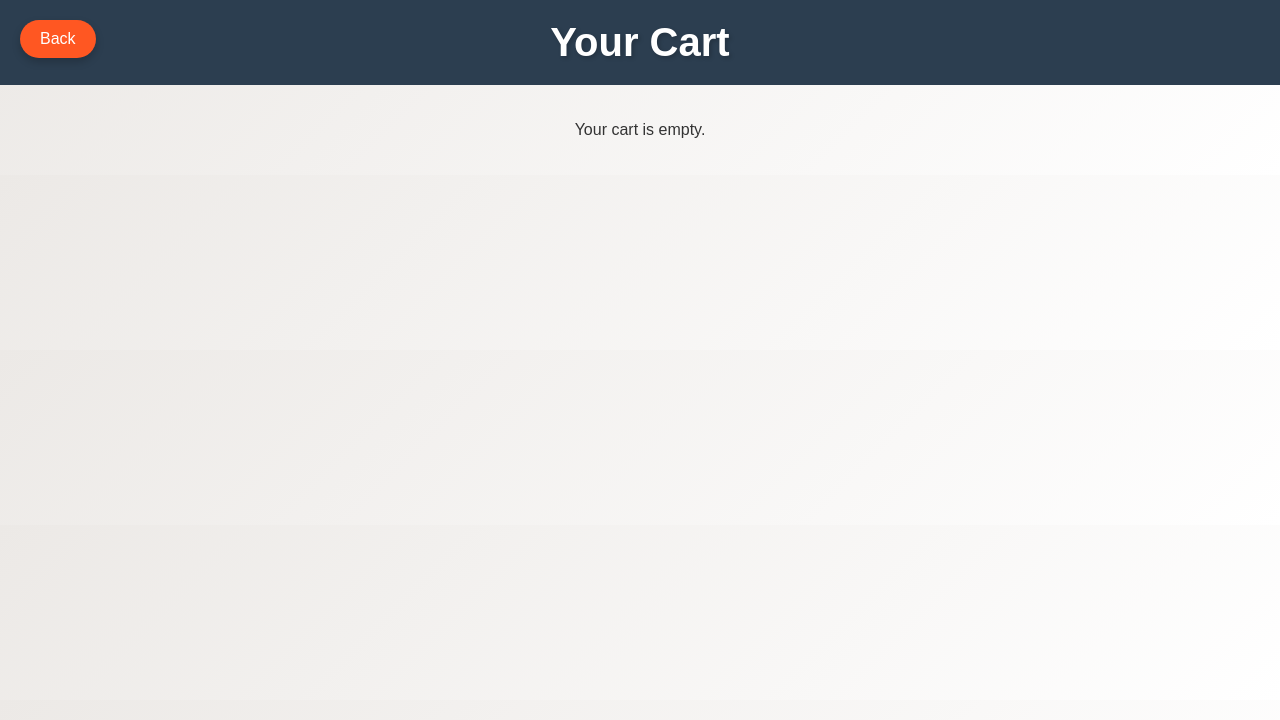
Repository: Masood395/Food-App
Page: http://localhost/FoodApp/cart.jsp
These files come from the project's save history. The page is drawn as it stood at one moment and after the next save; the edit follows.
The browser window is 1280 px wide. The pictures show the whole page.
The page is served by Tomcat 9. Other server files are loaded and not shown.

Above is the page before, as saved 2024-11-13 16:59:48.

### FoodApp/src/main/webapp/cart.jsp
<%@ page language="java" contentType="text/html; charset=UTF-8" pageEncoding="UTF-8"%>
<%@ page import="java.util.*" %>
<%@ page import="com.tap.cartitem.CartItem" %>

<!DOCTYPE html>
<html lang="en">
<head>
    <meta charset="UTF-8">
    <title>Your Cart</title>
    <link rel="stylesheet" href="https://cdnjs.cloudflare.com/ajax/libs/font-awesome/5.15.4/css/all.min.css">
    <style>
        /* General Styling */
        body {
            font-family: 'Arial', sans-serif;
            background: linear-gradient(135deg, #ece9e6, #ffffff);
            margin: 0;
            padding: 0;
            color: #333;
        }

        /* Header Styling */
        header {
            background: #2C3E50;
            color: white;
            padding: 20px;
            text-align: center;
        }

        header h1 {
            margin: 0;
            font-size: 2.5em;
            text-shadow: 2px 2px 4px rgba(0, 0, 0, 0.2);
        }

        /* Back Button Styling */
        .back-button {
            position: absolute;
            top: 20px;
            left: 20px;
            padding: 10px 20px;
            background: #FF5722;
            color: white;
            font-size: 1em;
            border: none;
            border-radius: 50px;
            cursor: pointer;
            transition: background 0.3s ease;
            box-shadow: 0 4px 8px rgba(0, 0, 0, 0.2);
        }

        .back-button:hover {
            background: #E64A19;
        }

        /* Container for Cart Items */
        .cart-container {
            display: flex;
            flex-direction: column;
            align-items: center;
            padding: 20px;
            max-width: 1200px;
            margin: 0 auto;
        }

        /* Cart Item Card */
        .cart-item {
            display: flex;
            background: #fff;
            border-radius: 15px;
            overflow: hidden;
            width: 90%;
            max-width: 800px;
            margin-bottom: 20px;
            box-shadow: 0 4px 10px rgba(0, 0, 0, 0.15);
            transition: transform 0.3s ease;
            position: relative;
            animation: slideIn 0.5s ease forwards;
        }

        @keyframes slideIn {
            from { opacity: 0; transform: translateY(20px); }
            to { opacity: 1; transform: translateY(0); }
        }

        .cart-item:hover {
            transform: translateY(-5px);
        }

        .cart-item img {
            width: 200px;
            height: 200px;
            object-fit: cover;
            border-right: 1px solid #ddd;
        }

        .cart-item-details {
            padding: 20px;
            flex: 1;
            display: flex;
            flex-direction: column;
            justify-content: space-between;
        }

        .cart-item h2 {
            font-size: 1.6em;
            color: #333;
            margin: 0 0 10px;
        }

        .cart-item p {
            font-size: 1.1em;
            margin: 5px 0;
        }

        .cart-item .price {
            font-size: 1.4em;
            color: #FF5722;
            font-weight: bold;
        }

        .quantity-selector {
            display: flex;
            align-items: center;
            margin-top: 10px;
        }

        .quantity-selector select {
            padding: 8px;
            border-radius: 5px;
            border: 1px solid #ccc;
            margin-right: 10px;
            font-size: 1em;
        }

        /* Button Styles */
        .button-container {
            display: flex;
            justify-content: space-between;
            margin-top: 10px;
        }

        .update-button, .remove-button {
            background: #E74C3C;
            color: white;
            padding: 10px 15px;
            font-size: 1em;
            border: none;
            border-radius: 30 ```jsp
px;
            cursor: pointer;
            transition: background 0.3s ease;
        }

        .update-button:hover {
            background: #C0392B;
        }

        .remove-button {
            background: #FF5722;
        }

        .remove-button:hover {
            background: #E64A19;
        }

        /* Total Price Section */
        .total-section {
            font-size: 1.5em;
            font-weight: bold;
            margin-top: 20px;
            color: #333;
            text-align: center;
        }

        .checkout-button {
            display: inline-block;
            background: #28a745;
            color: white;
            padding: 15px 30px;
            font-size: 1.2em;
            border-radius: 50px;
            text-align: center;
            cursor: pointer;
            transition: background 0.3s ease;
            margin-top: 20px;
            text-decoration: none;
        }

        .checkout-button:hover {
            background: #218838;
        }

        /* Responsive Design */
        @media (max-width: 600px) {
            .cart-item {
                flex-direction: column;
                align-items: flex-start;
            }

            .cart-item img {
                width: 100%;
                height: auto;
            }

            .quantity-selector {
                margin-top: 10px;
            }
        }
    </style>
</head>
<body>

<header>
    <h1>Your Cart</h1>
    <button class="back-button" onclick="window.location.href='getMenu.jsp';">Back</button>
</header>

<div class="cart-container">
    <!-- <a href="javascript:history.back()" class="back-button">Back</a> -->

    <%
        Map<Integer, CartItem> cart = (Map<Integer, CartItem>) session.getAttribute("cart");
        double total = 0;
        if (cart != null && !cart.isEmpty()) {
            for (CartItem item : cart.values()) {
                double itemTotal = item.getPrice() * item.getQuantity();
                total += itemTotal;
    %>
        <div class="cart-item">
            <img src="<%= item.getImage() %>" alt="<%= item.getName() %>">
            <div class="cart-item-details">
                <h2><%= item.getName() %></h2>
                <p>Restaurant: <%= item.getRestaurant() %></p>
                <p class="price">$<%= String.format("%.2f", item.getPrice()) %></p>
                <p>Quantity: <%= item.getQuantity() %></p>
                <p>Subtotal: $<%= String.format("%.2f", itemTotal) %></p>
                <div class="quantity-selector">
                    <form action="updateCart" method="post">
                        <select name="quantity" onchange="this.form.submit()">
                            <% for (int i = 1; i <= 10; i++) { %>
                                <option value="<%= i %>" <%= i == item.getQuantity() ? "selected" : "" %>><%= i %></option>
                            <% } %>
                        </select>
                        <input type="hidden" name="itemId" value="<%= item.getItemId() %>">
                    </form>
                </div>
                <div class="button-container">
                    <!-- <form action="updateCart" method="post">
                        <button type="submit" class="update-button">Update</button>
                    </form> -->
                    <form action="removeItem" method="post">
                        <input type="hidden" name="itemId" value="<%= item.getItemId() %>">
                        <button type="submit" class="remove-button">Remove</button>
                    </form>
                </div>
            </div>
        </div>
    <%
            }
    %>
        <div class="total-section">
            <p>Total: $<%= String.format("%.2f", total) %></p>
            <a href="checkout.jsp" class="checkout-button">Proceed to Checkout</a>
        </div>
    <%
        } else {
    %>
        <p>Your cart is empty.</p>
    <%
        }
    %>
</div>

</body>
</html>

After the next save:
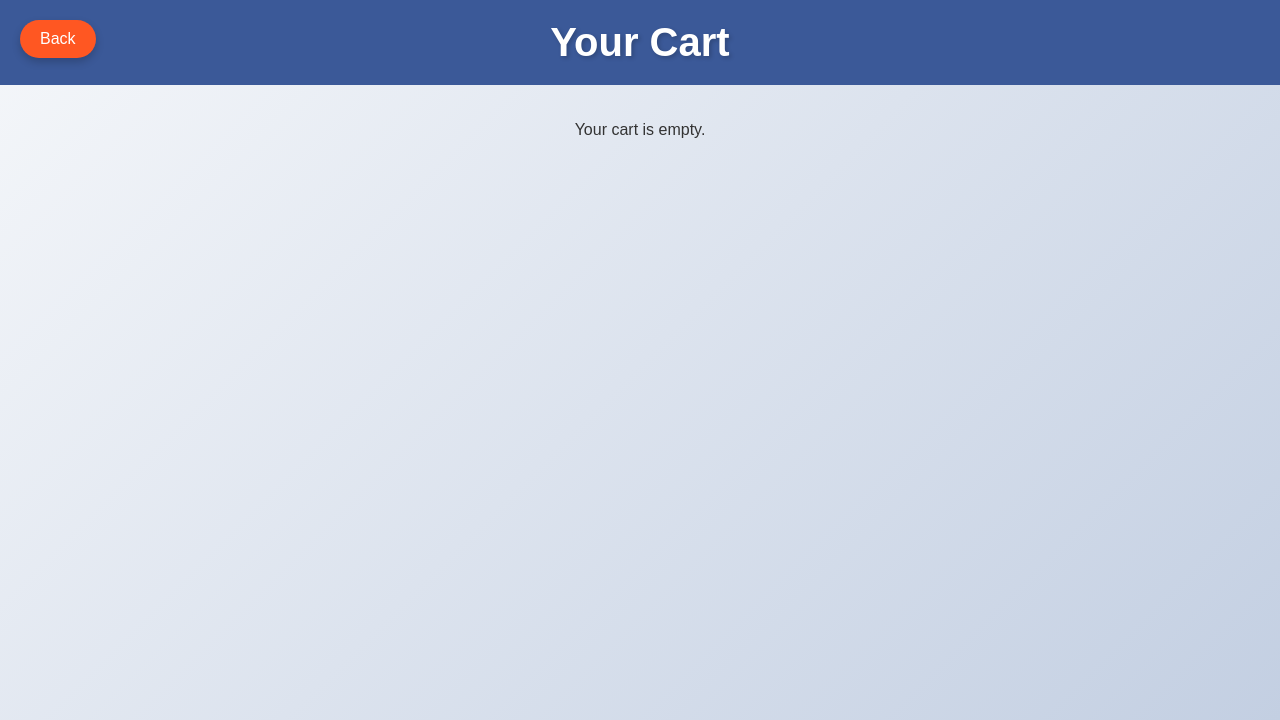
Saved 107 s later.
--- a/FoodApp/src/main/webapp/cart.jsp
+++ b/FoodApp/src/main/webapp/cart.jsp
@@ -12,15 +12,18 @@
         /* General Styling */
         body {
             font-family: 'Arial', sans-serif;
-            background: linear-gradient(135deg, #ece9e6, #ffffff);
+            background: linear-gradient(135deg, #f5f7fa, #c3cfe2);
             margin: 0;
             padding: 0;
             color: #333;
+            display: flex;
+            flex-direction: column;
+            min-height: 100vh;
         }
 
         /* Header Styling */
         header {
-            background: #2C3E50;
+            background: #3B5998;
             color: white;
             padding: 20px;
             text-align: center;
@@ -52,27 +55,27 @@
             background: #E64A19;
         }
 
-        /* Container for Cart Items */
+        /* Cart Container */
         .cart-container {
-            display: flex;
-            flex-direction: column;
-            align-items: center;
+            flex: 1;
+            display: flex;
+            flex-wrap: wrap;
+            gap: 20px;
             padding: 20px;
             max-width: 1200px;
             margin: 0 auto;
+            padding-bottom: 80px; /* To make space for the footer */
         }
 
         /* Cart Item Card */
         .cart-item {
-            display: flex;
+            flex: 1 1 300px;
             background: #fff;
             border-radius: 15px;
             overflow: hidden;
-            width: 90%;
-            max-width: 800px;
-            margin-bottom: 20px;
+            max-width: 300px;
             box-shadow: 0 4px 10px rgba(0, 0, 0, 0.15);
-            transition: transform 0.3s ease;
+            transition: transform 0.3s ease, box-shadow 0.3s ease;
             position: relative;
             animation: slideIn 0.5s ease forwards;
         }
@@ -84,127 +87,107 @@
 
         .cart-item:hover {
             transform: translateY(-5px);
+            box-shadow: 0 6px 12px rgba(0, 0, 0, 0.2);
         }
 
         .cart-item img {
-            width: 200px;
+            width: 100%;
             height: 200px;
             object-fit: cover;
-            border-right: 1px solid #ddd;
         }
 
         .cart-item-details {
             padding: 20px;
-            flex: 1;
             display: flex;
             flex-direction: column;
-            justify-content: space-between;
+            gap: 10px;
         }
 
         .cart-item h2 {
-            font-size: 1.6em;
+            font-size: 1.5em;
             color: #333;
-            margin: 0 0 10px;
+            margin: 0;
         }
 
         .cart-item p {
-            font-size: 1.1em;
+            font-size: 1em;
             margin: 5px 0;
         }
 
-        .cart-item .price {
-            font-size: 1.4em;
+        .price {
+            font-size: 1.2em;
             color: #FF5722;
             font-weight: bold;
         }
 
-        .quantity-selector {
-            display: flex;
-            align-items: center;
-            margin-top: 10px;
-        }
-
+        /* Quantity Selector Styling */
         .quantity-selector select {
-            padding: 8px;
+            padding: 5px;
             border-radius: 5px;
             border: 1px solid #ccc;
-            margin-right: 10px;
-            font-size: 1em;
+            font-size: 1em;
+            width: 70px;
         }
 
         /* Button Styles */
         .button-container {
             display: flex;
-            justify-content: space-between;
+            gap: 10px;
             margin-top: 10px;
         }
 
-        .update-button, .remove-button {
-            background: #E74C3C;
-            color: white;
-            padding: 10px 15px;
+        .remove-button {
+            background: #FF5722;
+            color: white;
+            padding: 10px;
             font-size: 1em;
             border: none;
-            border-radius: 30 ```jsp
-px;
+            border-radius: 8px;
             cursor: pointer;
             transition: background 0.3s ease;
-        }
-
-        .update-button:hover {
-            background: #C0392B;
-        }
-
-        .remove-button {
-            background: #FF5722;
+            flex: 1;
+            text-align: center;
         }
 
         .remove-button:hover {
             background: #E64A19;
         }
 
-        /* Total Price Section */
-        .total-section {
-            font-size: 1.5em;
+        /* Fixed Footer for Total and Checkout */
+        .footer-section {
+            position: fixed;
+            bottom: 0;
+            left: 0;
+            width: 100%;
+            background: #fff;
+            padding: 20px;
+            box-shadow: 0 -4px 10px rgba(0, 0, 0, 0.15);
+            display: flex;
+            justify-content: space-between;
+            align-items: center;
+            font-size: 1.2em;
+            color: #333;
+            z-index: 10;
+        }
+
+        .footer-section .total-price {
             font-weight: bold;
-            margin-top: 20px;
-            color: #333;
-            text-align: center;
         }
 
         .checkout-button {
-            display: inline-block;
             background: #28a745;
             color: white;
-            padding: 15px 30px;
-            font-size: 1.2em;
+            padding: 10px 20px;
+            font-size: 1em;
             border-radius: 50px;
-            text-align: center;
             cursor: pointer;
             transition: background 0.3s ease;
-            margin-top: 20px;
             text-decoration: none;
+            box-shadow: 0 4px 8px rgba(0, 0, 0, 0.2);
         }
 
         .checkout-button:hover {
             background: #218838;
-        }
-
-        /* Responsive Design */
-        @media (max-width: 600px) {
-            .cart-item {
-                flex-direction: column;
-                align-items: flex-start;
-            }
-
-            .cart-item img {
-                width: 100%;
-                height: auto;
-            }
-
-            .quantity-selector {
-                margin-top: 10px;
-            }
         }
     </style>
 </head>
@@ -216,8 +199,6 @@ px;
 </header>
 
 <div class="cart-container">
-    <!-- <a href="javascript:history.back()" class="back-button">Back</a> -->
-
     <%
         Map<Integer, CartItem> cart = (Map<Integer, CartItem>) session.getAttribute("cart");
         double total = 0;
@@ -245,9 +226,6 @@ px;
                     </form>
                 </div>
                 <div class="button-container">
-                    <!-- <form action="updateCart" method="post">
-                        <button type="submit" class="update-button">Update</button>
-                    </form> -->
                     <form action="removeItem" method="post">
                         <input type="hidden" name="itemId" value="<%= item.getItemId() %>">
                         <button type="submit" class="remove-button">Remove</button>
@@ -258,10 +236,6 @@ px;
     <%
             }
     %>
-        <div class="total-section">
-            <p>Total: $<%= String.format("%.2f", total) %></p>
-            <a href="checkout.jsp" class="checkout-button">Proceed to Checkout</a>
-        </div>
     <%
         } else {
     %>
@@ -270,6 +244,13 @@ px;
         }
     %>
 </div>
+
+<% if (cart != null && !cart.isEmpty()) { %>
+    <div class="footer-section">
+        <span class="total-price">Total: $<%= String.format("%.2f", total) %></span>
+        <a href="checkout.jsp" class="checkout-button">Proceed to Checkout</a>
+    </div>
+<% } %>
 
 </body>
 </html>
